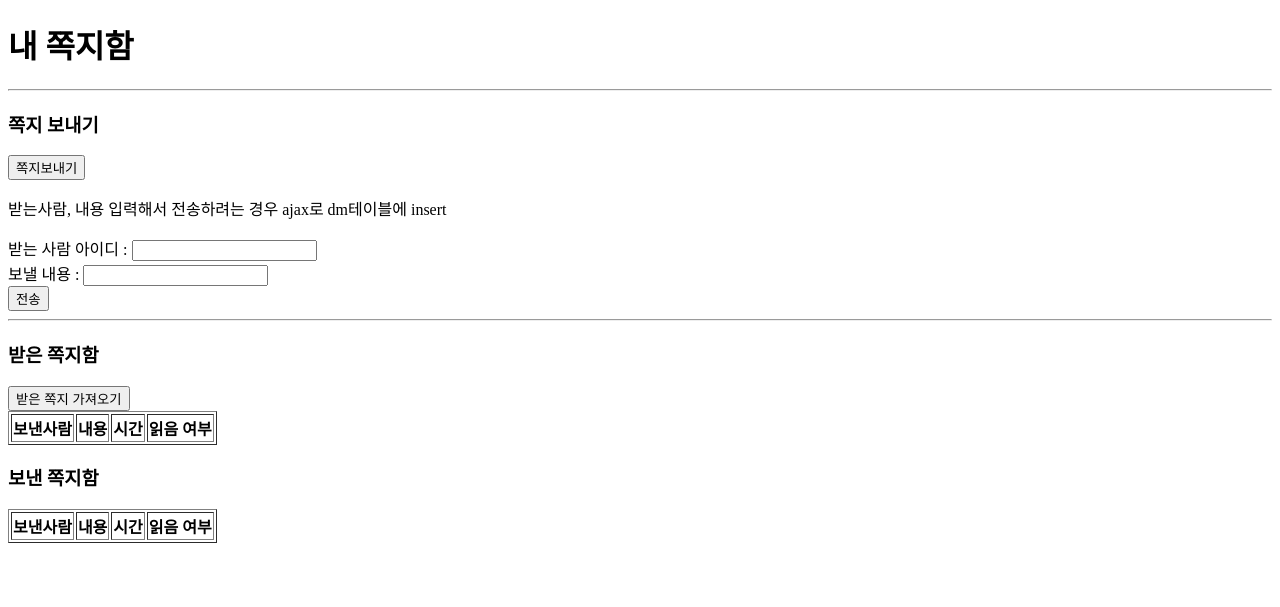
Repository: ParkHyeonju12/Spring
Page: http://localhost/05_Spring_Websocket/WEB-INF/views/dm/dmMain.jsp
These files come from the project's save history. The page is drawn as it stood at one moment and after the next save; the edit follows.
The browser window is 1280 px wide. The pictures show the whole page.
The page is served by Tomcat 9. Nobody is signed in. The template is opened directly, without the code that normally fills it, so the values that code supplies are empty.

Above is the page before, as saved 2022-10-14 05:37:21.

After the next save:
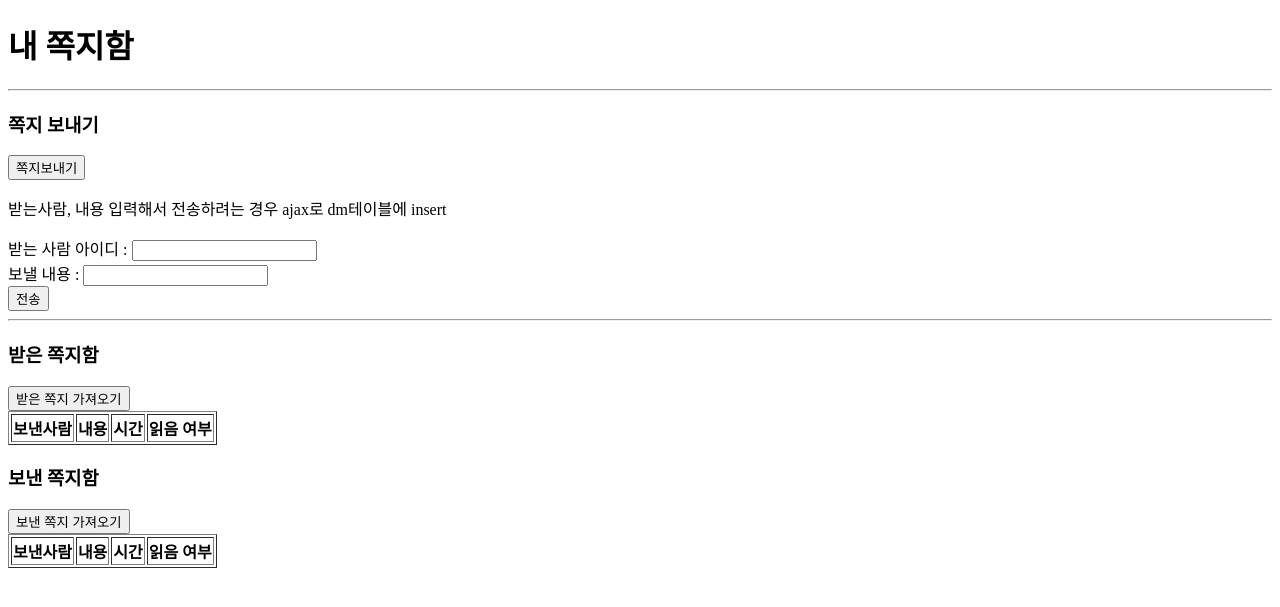
Saved 17 s later.
--- a/05_Spring_Websocket/src/main/webapp/WEB-INF/views/dm/dmMain.jsp
+++ b/05_Spring_Websocket/src/main/webapp/WEB-INF/views/dm/dmMain.jsp
@@ -39,6 +39,7 @@
 	</tbody>
 	</table>
 	<h3>보낸 쪽지함</h3>
+	<button onclick="getSendDm();">보낸 쪽지 가져오기</button>
 	<table border="1" class="sendDmTbl">
 	<thead>
 		<tr>
